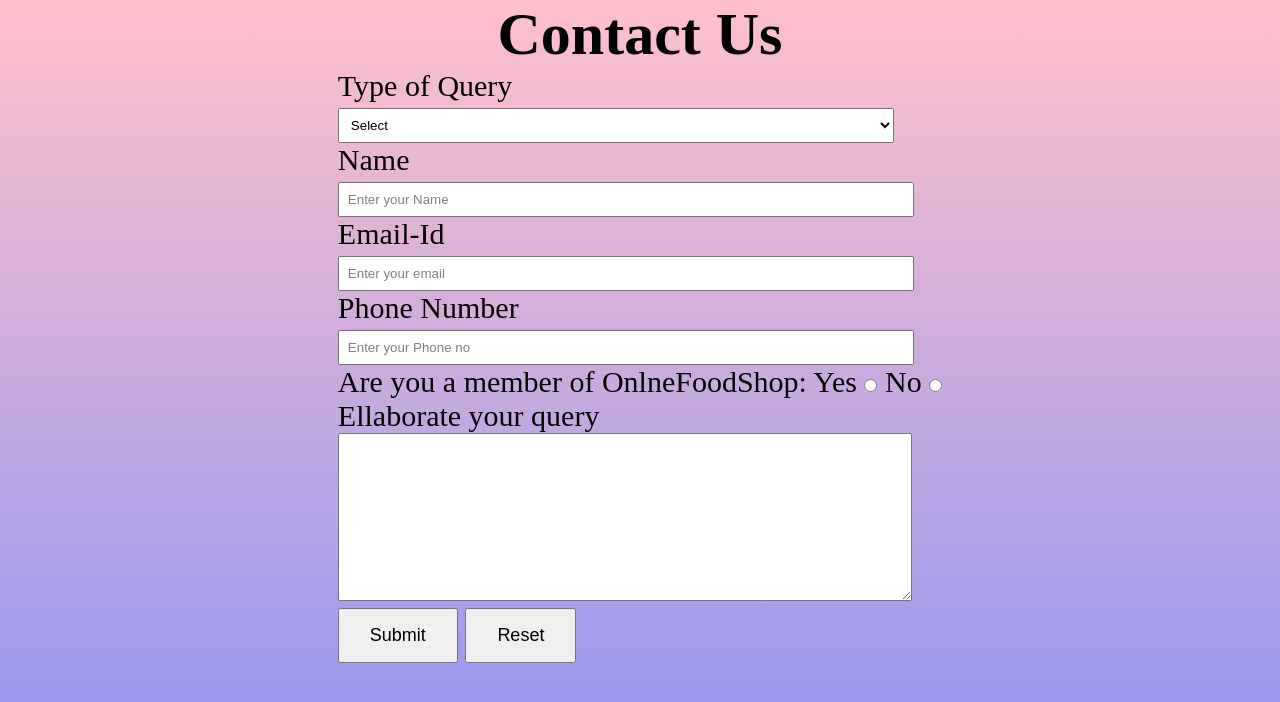
Repository: S12ahana/Food-Ordering-Website
Page: project1/contact.html
An editor plug-in stored every save of this project. The page is shown before and after the next save, followed by the edit.
The browser window is 1280 px wide. The pictures show the whole page.

Above is the page before, as saved 2025-07-31 11:02:54.

After the next save:
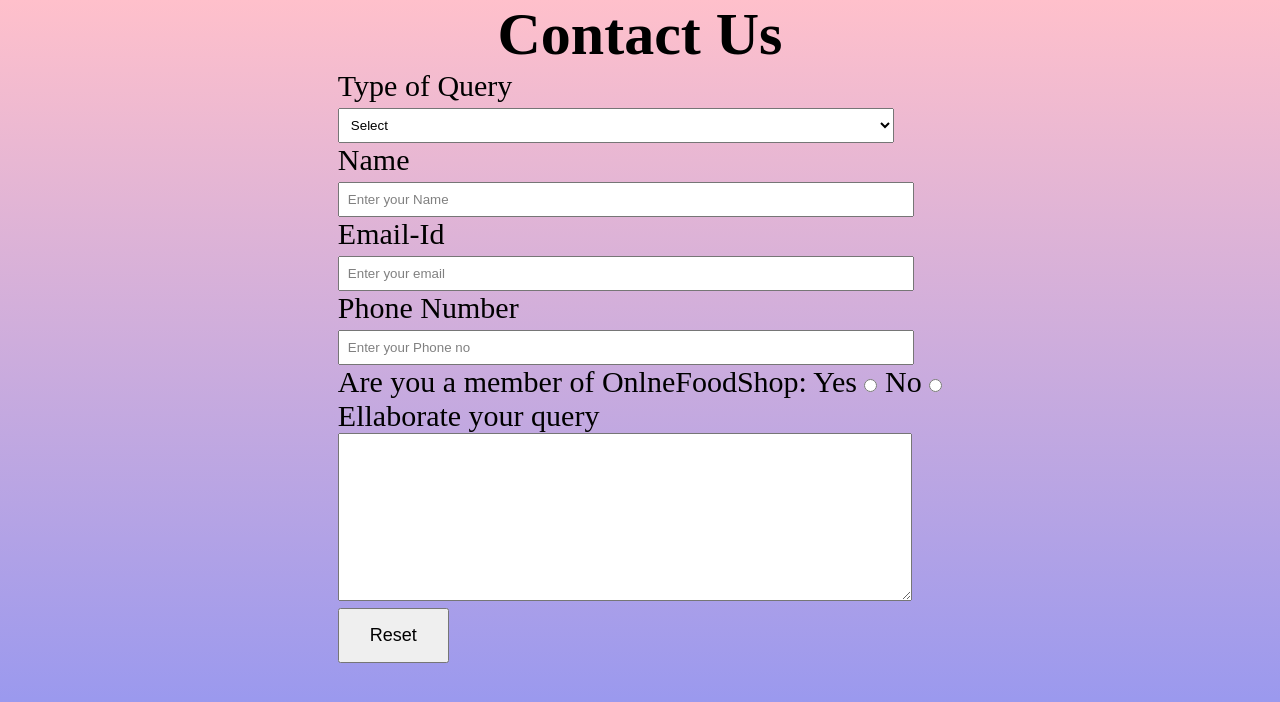
Saved 18 s later.
--- a/project1/contact.html
+++ b/project1/contact.html
@@ -85,7 +85,8 @@
                 </textarea>
             </div>
             <div class="button">
-                <button type="submit" class="large-button">Submit</button>
+                <form onsubmit="submitForm(event)">
+
                 <button type="reset" class="small-button">Reset</button>
 
             </div>
